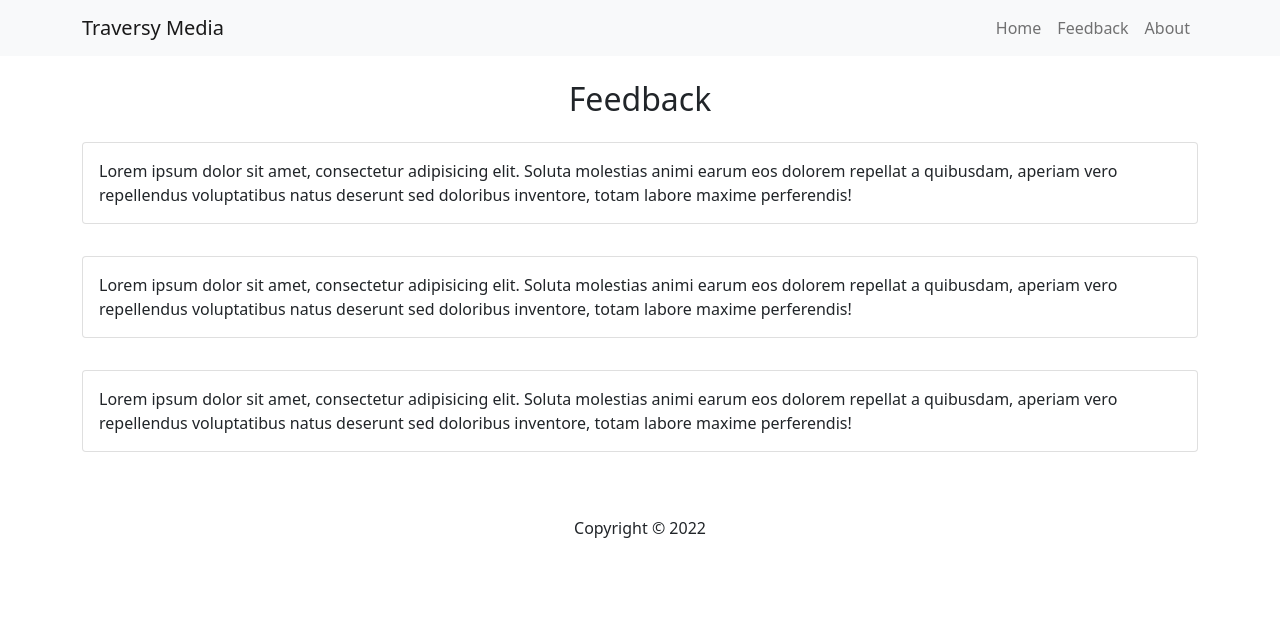
Repository: Haviles04/feedback
Page: http://localhost/feedback.php
An editor plug-in stored every save of this project. The page is shown before and after the next save, followed by the edit.
The browser window is 1280 px wide. The pictures show the whole page.
The page is run by PHP 8.4 with error messages shown; the project is at /var/www/html/.

Above is the page before, as saved 2024-04-29 18:10:30.

After the next save:
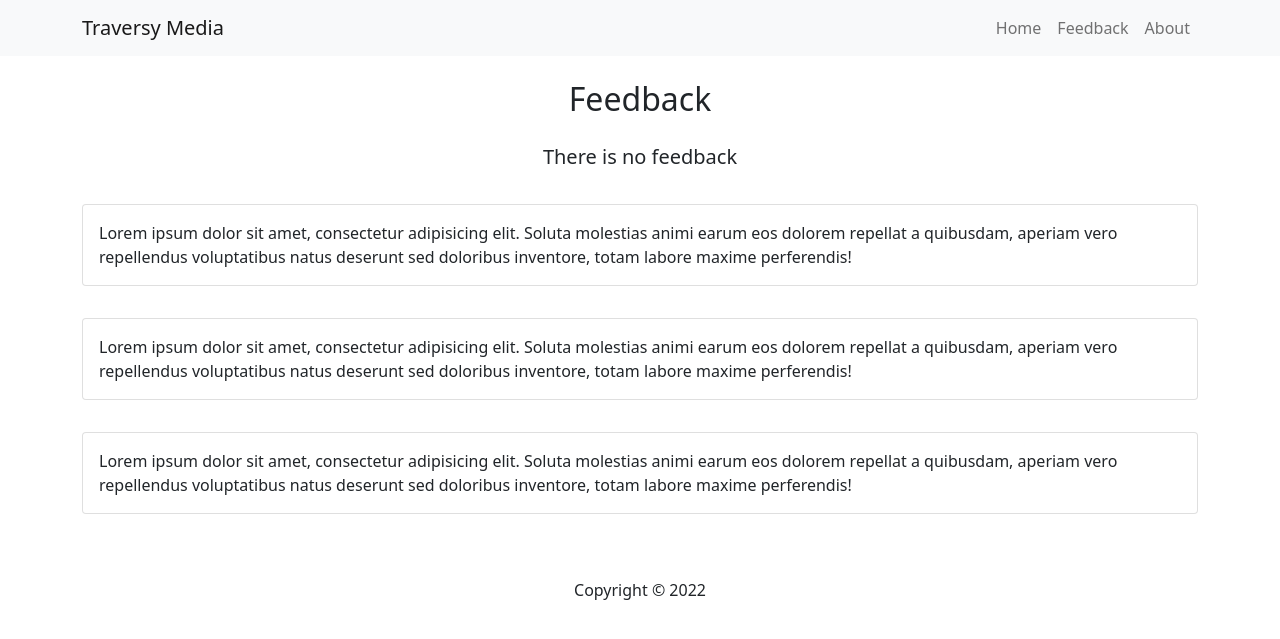
Saved 12 s later.
--- a/feedback.php
+++ b/feedback.php
@@ -1,26 +1,26 @@
 <?php include 'inc/header.php'; ?>
 
 <?php
-$feedback = [
-  [
-    'id' => '1',
-    'name' => 'Beth Williams',
-    'email' => 'beth@gmail.com',
-    'body' => 'This is ok'
-  ],
-  [
-    'id' => '2',
-    'name' => 'Walt Williams',
-    'email' => 'walt@gmail.com',
-    'body' => 'This sucks'
-  ],
-  [
-    'id' => '3',
-    'name' => 'Bill Johnson',
-    'email' => 'bill@gmail.com',
-    'body' => 'This rocks!'
-  ]
-]
+// $feedback = [
+//   [
+//     'id' => '1',
+//     'name' => 'Beth Williams',
+//     'email' => 'beth@gmail.com',
+//     'body' => 'This is ok'
+//   ],
+//   [
+//     'id' => '2',
+//     'name' => 'Walt Williams',
+//     'email' => 'walt@gmail.com',
+//     'body' => 'This sucks'
+//   ],
+//   [
+//     'id' => '3',
+//     'name' => 'Bill Johnson',
+//     'email' => 'bill@gmail.com',
+//     'body' => 'This rocks!'
+//   ]
+// ]
 ?>
 
 

After the save that followed:
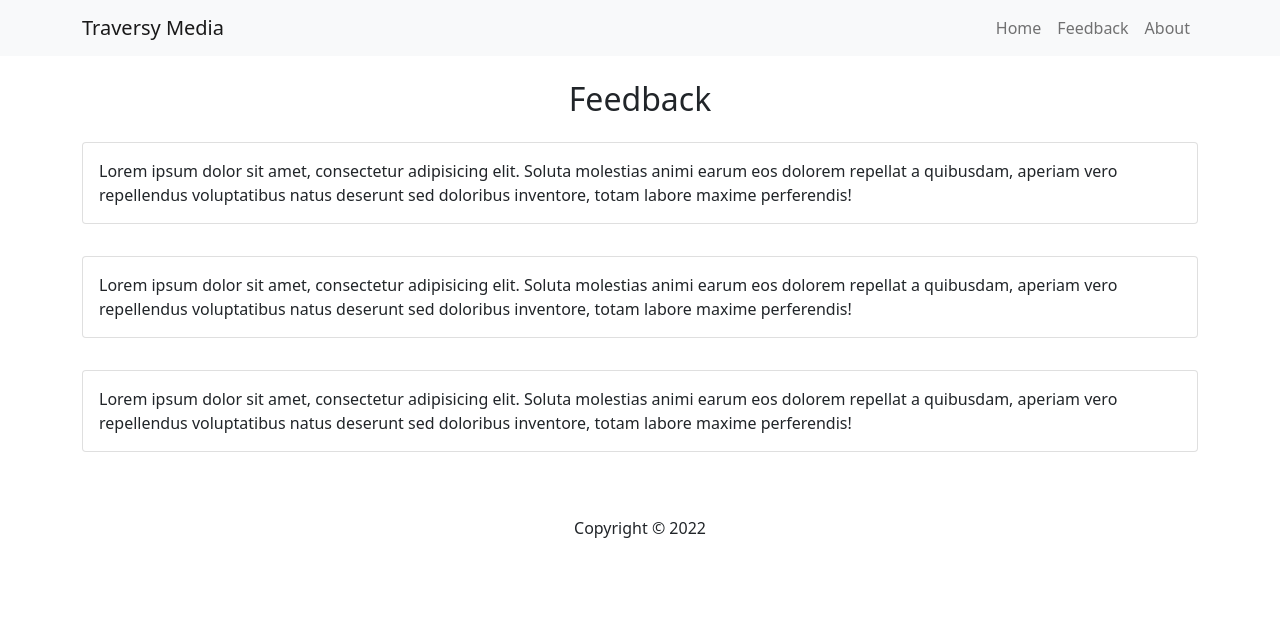
Saved 6 s later.
--- a/feedback.php
+++ b/feedback.php
@@ -1,26 +1,26 @@
 <?php include 'inc/header.php'; ?>
 
 <?php
-// $feedback = [
-//   [
-//     'id' => '1',
-//     'name' => 'Beth Williams',
-//     'email' => 'beth@gmail.com',
-//     'body' => 'This is ok'
-//   ],
-//   [
-//     'id' => '2',
-//     'name' => 'Walt Williams',
-//     'email' => 'walt@gmail.com',
-//     'body' => 'This sucks'
-//   ],
-//   [
-//     'id' => '3',
-//     'name' => 'Bill Johnson',
-//     'email' => 'bill@gmail.com',
-//     'body' => 'This rocks!'
-//   ]
-// ]
+$feedback = [
+  [
+    'id' => '1',
+    'name' => 'Beth Williams',
+    'email' => 'beth@gmail.com',
+    'body' => 'This is ok'
+  ],
+  [
+    'id' => '2',
+    'name' => 'Walt Williams',
+    'email' => 'walt@gmail.com',
+    'body' => 'This sucks'
+  ],
+  [
+    'id' => '3',
+    'name' => 'Bill Johnson',
+    'email' => 'bill@gmail.com',
+    'body' => 'This rocks!'
+  ]
+]
 ?>
 
 
